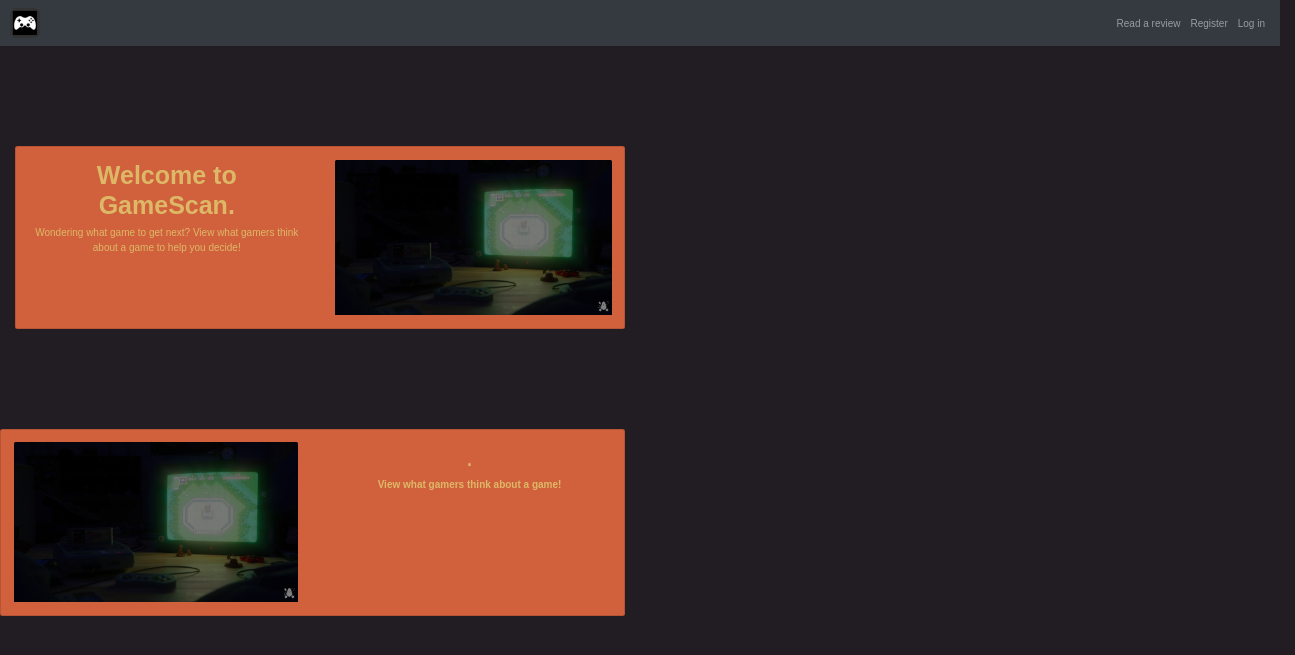
Repository: amit238/milestone-project-3
Page: http://localhost/
The author's editor kept a record of every edit. The page is drawn from the files as they stood at one moment, then again after the next edit.
The browser window is 1280 px wide. The page is 1295 px wide, so the pictures cover 1295 px, including what lies to the right of the window. The pictures show the whole page.
Some web libraries are served in a nearby version. The page is served by the project's application, run on Flask 3 (app.py). Other server files are loaded and not shown.

Above is the page before.

### templates/index.html
{% extends "base.html" %} {% block nav_index %}active{% endblock %} {% block content %}
<div class="container-fluid">
    <div class="row card-position">
        <div class="col-sm-6">
            <div class="card bg-color">
                <div class="card-body">
                    <div class="row">
                        <div class="col-6">
                            <h1 class="title"><strong>Welcome to GameScan.</strong></h1>
                            <span class="title">Wondering what game to get next? View what gamers think about a game to help you decide!</span>
                        </div>
                        <div class="col-6 image-right">
                            <img class="card-img-top" src="static/img/night.jpg" alt="Gaming at night">
                        </div>
                    </div>
                </div>
            </div>
        </div>
            <div class="row card-position">
        <div class="col-sm-6">
            <div class="card bg-color">
                <div class="card-body">
                    <div class="row">
                        <div class="col-6 image-left">
                            <img class="card-img-top" src="static/img/night.jpg" alt="Gaming at night">
                        </div>
                        <div class="col-6">
                            <h1 class="title">.</h1>
                            <span class="title"><strong>View what gamers think about a game!</strong></span>
                        </div>
                    </div>
                </div>
            </div>
        </div>
    </div>
    </div>
</div>
{% endblock %}

### templates/base.html
<!DOCTYPE html>
<html lang="en">

<head>
  <meta charset="UTF-8">
  <meta name="viewport" content="width=device-width, initial-scale=1.0">
  <meta http-equiv="X-UA-Compatible" content="ie=edge"> {% if title %}
  <title>GameScan - {{ title }} </title>
  {% else %}
  <title>Welcome to GameScan!</title>
  {% endif %}
  <link rel="stylesheet" href="https://maxcdn.bootstrapcdn.com/bootstrap/4.2.1/css/bootstrap.min.css" type="text/css" />
  <link rel="stylesheet" href="https://use.fontawesome.com/releases/v5.0.10/css/all.css" integrity="sha384-+d0P83n9kaQMCwj8F4RJB66tzIwOKmrdb46+porD/OvrJ+37WqIM7UoBtwHO6Nlg" crossorigin="anonymous">
  <link rel="stylesheet" href="{{url_for('static', filename='css/style.css')}}" type="text/css" />
  <link rel="shortcut icon" type="image/ico" href="{{ url_for('static', filename='img/favicon.ico') }}" />
</head>

<body>
  <header>
    <nav class="navbar navbar-expand-lg navbar-dark bg-dark ">
      <a class="navbar-brand" href="{{ url_for('index') }}">
       <img src="{{ url_for('static', filename='img/favicon.ico') }}" width="30" height="30" alt="">
  </a>
      <button class="navbar-toggler" type="button" data-toggle="collapse" data-target="#navbarNavAltMarkup" aria-controls="navbarNavAltMarkup" aria-expanded="false" aria-label="Toggle navigation">
    <span class="navbar-toggler-icon"></span>
  </button>
      <div class="collapse navbar-collapse" id="navbarNavAltMarkup">
        <div class="navbar-nav ml-auto">
          {% if session['logged_in'] == True %}
          <a class="nav-item nav-link" href="{{ url_for('reviews') }}">Read a review</a>
          <a class="nav-item nav-link" href="{{ url_for('addreview') }}">Create a review</a>
          <a class="nav-item nav-link" href="{{ url_for('logout') }}">Sign Out</a>
          {% else %}
          <a class="nav-item nav-link" href="{{ url_for('reviews') }}">Read a review</a>
          <a class="nav-item nav-link" href="{{ url_for('register') }}">Register</a>
          <a class="nav-item nav-link" href="{{ url_for('login') }}">Log in</a>
          {% endif %}
        </div>
      </div>
    </nav>
    {% block content %} {% endblock %}
  </header>
  <script src="https://code.jquery.com/jquery-3.5.1.js" integrity="sha256-QWo7LDvxbWT2tbbQ97B53yJnYU3WhH/C8ycbRAkjPDc=" crossorigin="anonymous"></script>
  <script src="https://cdnjs.cloudflare.com/ajax/libs/popper.js/1.14.6/umd/popper.min.js" integrity="sha384-wHAiFfRlMFy6i5SRaxvfOCifBUQy1xHdJ/yoi7FRNXMRBu5WHdZYu1hA6ZOblgut" crossorigin="anonymous"></script>
  <script src="https://stackpath.bootstrapcdn.com/bootstrap/4.2.1/js/bootstrap.min.js" integrity="sha384-B0UglyR+jN6CkvvICOB2joaf5I4l3gm9GU6Hc1og6Ls7i6U/mkkaduKaBhlAXv9k" crossorigin="anonymous"></script>
</body>

</html>

### app.py
import os
if os.path.exists("env.py"):
  import env
from flask import Flask, render_template, redirect, request, url_for, flash, session
from forms import LoginForm, RegisterForm, ReviewGameForm
from flask_pymongo import PyMongo
from bson.objectid import ObjectId
import bcrypt

app = Flask(__name__)
app.config["MONGO_DBNAME"] = 'game_scan'
app.config["MONGO_URI"] = os.environ.get('MONGO_URI')

mongo = PyMongo(app)

SECRET_KEY = os.urandom(32)
app.config['SECRET_KEY'] = SECRET_KEY



@app.route('/reviews')
def reviews():
    return render_template('reviews.html', title="Read a review!", game_reviews=mongo.db.game_reviews.find())



@app.route('/')
def index():
    return render_template('index.html', title="Home")

# Adding Log in

@app.route('/login', methods=['GET', 'POST'])
def login():
    """Login handler"""
    if session.get('logged_in'):
        if session['logged_in'] is True:
            return redirect(url_for('index', title="Log In"))

    form = LoginForm()

    if form.validate_on_submit():
        # get all users
        users = mongo.db.users
        # try and get one with same name as entered
        db_user = users.find_one({'name': request.form['username']})

        if db_user:
            # check password using hashing
            if bcrypt.hashpw(request.form['password'].encode('utf-8'),
                             db_user['password']) == db_user['password']:
                session['username'] = request.form['username']
                session['logged_in'] = True
                # successful redirect to home logged in
                return redirect(url_for('index', title="Sign In", form=form))
            # must have failed set flash message
            flash('Invalid username/password combination')
    return render_template("login.html", title="Sign In", form=form)


@app.route('/logout')
def logout():
    """Clears session and redirects to home"""
    session.clear()
    return redirect(url_for('index'))

# Adding in Register form

@app.route('/register', methods=['GET', 'POST'])
def register():
    """Handles registration functionality"""
    form = RegisterForm(request.form)
    if form.validate_on_submit():
        # get all the users
        users = mongo.db.users
        # see if we already have the entered username
        existing_user = users.find_one({'name': request.form['username']})

        if existing_user is None:
            # hash the entered password
            hash_pass = bcrypt.hashpw(request.form['password'].encode('utf-8'), bcrypt.gensalt())
            # insert the user to DB
            users.insert_one({'name': request.form['username'],
                          'password': hash_pass,
                          'email': request.form['email']})
            session['username'] = request.form['username']
            return redirect(url_for('index'))
        # duplcate username set flash message and reload page
        flash('Sorry, that username is already taken - use another')
        return redirect(url_for('register'))
    return render_template('register.html', title='Register', form=form)

# Adding a review

@app.route('/addreview', methods=['GET', 'POST'])
def addreview():

# If user is not logged in a message will appear

    if 'logged_in' not in session:
        flash('To add a review you need to sign in', 'warning')
        return redirect(url_for('login'))

# If form submits successfully

    form = ReviewGameForm()
    if form.validate_on_submit():
        game_reviews=mongo.db.game_reviews


        # add form content to db as a new record
        game_reviews.insert_one({
            'user_created': request.form['user_created'],
            'name': request.form['name'],
            'genre': request.form['genre'],
            'rating': request.form['rating'],
            'description': request.form['description'],
            })

        flash('Your Review has been added ', 'success')

        # send to my reviews template on successful add
        return redirect(url_for('reviews'))

    return render_template('addreview.html', form=form,
                           title='Add a Review')



if __name__ == '__main__':
    app.run(host=os.environ.get('IP'),
            port=int(os.environ.get('PORT')),
            debug=True)

### static/css/style.css
html {
  font-size: 10px;
}
body {
  padding: 0;
  margin: 0;
  background-color: #221D23;
  font-family: "Comic Sans MS", cursive, sans-serif;
}

/*----Navbar----*/

/*----Homepage----*/

.addreview-form {
  background-color: #D1603D;
}

.card-position {
  text-align: center;
  padding-top: 10em;
}

.bg-color {
  background-color: #D1603D;
}

.title {
  color: #DDB967;
}

/*----Add Review----*/

.centre-header {
  text-align: center;
}


/*----Register----*/

After the next edit:
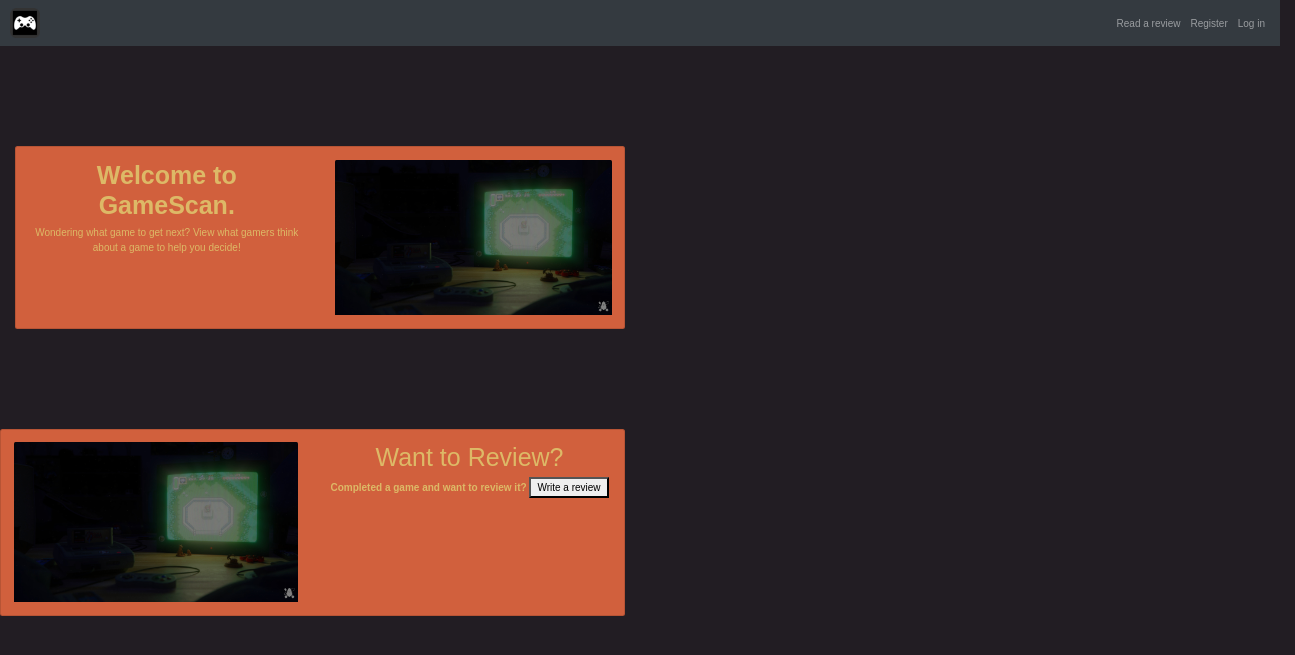
The edit:
--- a/templates/index.html
+++ b/templates/index.html
@@ -25,8 +25,9 @@
                             <img class="card-img-top" src="static/img/night.jpg" alt="Gaming at night">
                         </div>
                         <div class="col-6">
-                            <h1 class="title">.</h1>
-                            <span class="title"><strong>View what gamers think about a game!</strong></span>
+                            <h1 class="title">Want to Review?</h1>
+                            <span class="title"><strong>Completed a game and want to review it?</strong></span>
+                            <button type="button">Write a review</button>
                         </div>
                     </div>
                 </div>
